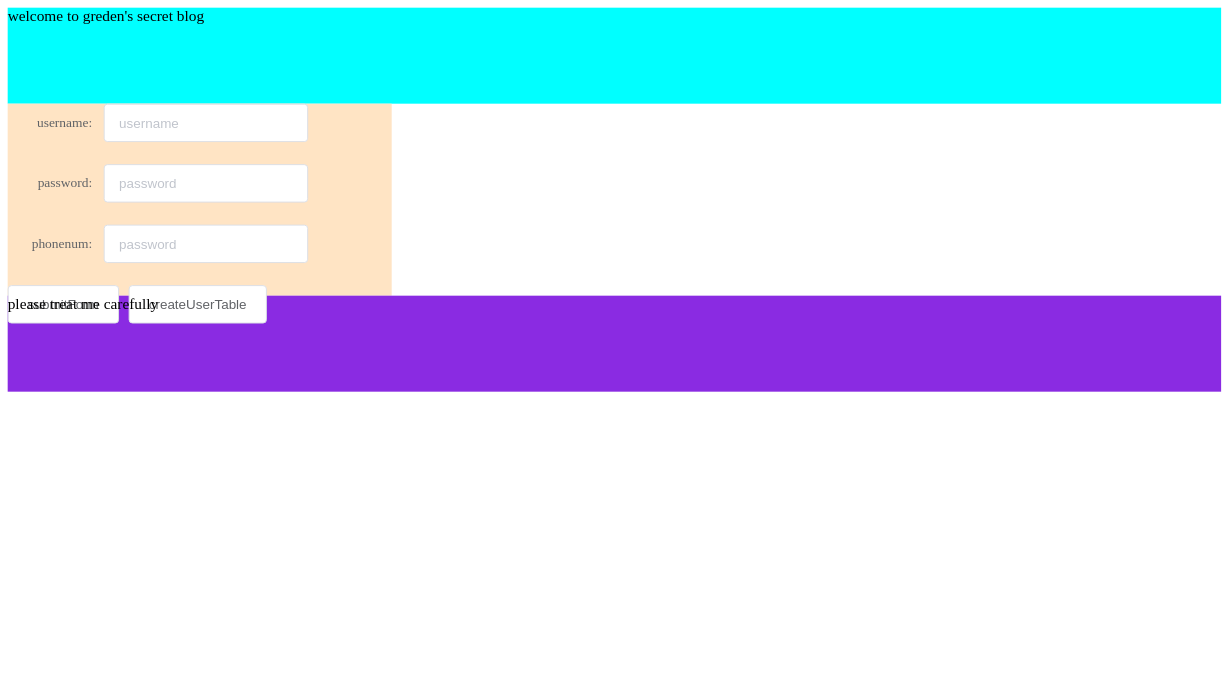
Repository: greden0814/myBlog
Page: /
An editor plug-in stored every save of this project. The page is shown before and after the next save, followed by the edit.
The browser window is 1280 px wide. The pictures show the whole page, at 96% of full size.
The project was rebuilt for these pictures with package versions that can differ from the ones it lists, and the page was loaded fresh each time.

Above is the page before, as saved 2021-07-15 09:44:22.

### index.html
<!DOCTYPE html>
<html>
  <head>
    <meta charset="utf-8">
    <meta name="viewport" content="width=device-width,initial-scale=1.0">
    <title>myblog</title>
  </head>
  <body>
    <div id="app"></div>
    <!-- built files will be auto injected -->
  </body>
</html>

### src/main.js
// The Vue build version to load with the `import` command
// (runtime-only or standalone) has been set in webpack.base.conf with an alias.
import Vue from 'vue'
import App from './App'
import router from './router'
import ElementUI from 'element-ui'
import axios from 'axios'
import 'element-ui/lib/theme-chalk/index.css'

Vue.use(ElementUI)
Vue.config.productionTip = false
Vue.prototype.$axios = axios

/* eslint-disable no-new */
new Vue({
  el: '#app',
  router,
  components: { App },
  template: '<App/>'
})

### src/App.vue
<template>
  <div id="app">
    <!-- <img src="./assets/logo.png"> -->
    <router-view/>
  </div>
</template>

<script>
export default {
  name: 'App'
}
</script>

<style></style>

### src/router/index.js
import Vue from 'vue'
import Router from 'vue-router'

Vue.use(Router)

export default new Router({
  routes: [
    {
      path: '/',
      name: 'login',
      component: () => import('@/views/login')
    }, {
      path: '/pages/indexPage',
      name: 'myblog',
      component: () => import('@/views/indexPage')
    }, {
      path: '/pages/myInfo',
      name: 'myInfo',
      component: () => import('@/views/myInfo')
    }
  ]
})

### src/views/login/index.vue
<template>
  <div class="loginPage">
    <div class="header">welcome to greden's secret blog</div>
    <div class="body">
      <div class="loginZone">
        <el-form ref="ruleForm" :model="ruleForm" label-width="100px" inline>
          <el-form-item label="username: ">
            <el-input v-model="ruleForm.username" placeholder="username" />
          </el-form-item>
          <el-form-item label="password: ">
            <el-input v-model="ruleForm.password" placeholder="password" />
          </el-form-item>
          <el-form-item label="phonenum: ">
            <el-input v-model="ruleForm.phonenum" placeholder="password" />
          </el-form-item>
          <el-button @click="submitForm">submitForm</el-button>
          <el-button @click="createUserTable">createUserTable</el-button>
        </el-form>
        {{ submit }}
      </div>
    </div>
    <div class="footer">please treat me carefully</div>
  </div>
</template>

<script>
export default {
  data() {
    return {
      ruleForm: {
        username: "",
        password: "",
        phonenum: "",
      },
      submit: "",
    };
  },
  created() {},
  methods: {
    submitForm() {
      this.submit = "already submit";
      this.$axios({
        method: "post",
        xhrFields: {
          withCredentials: true,
        },
        headers: {
          // "Content-Type" : 'application/x-www-form-urlencoded'
          "Content-Type": "application/json",
        },
        data: {
          username: this.ruleForm.username,
          password: this.ruleForm.password,
          phonenum: this.ruleForm.phonenum,
        },
        url: "http://localhost:3000/api/signin",
      }).then((res) => {
        console.log(res);
      });
    },
    createUserTable() {
      this.submit = "already submit";
      this.$axios({
        method: "get",
        xhrFields: {
          withCredentials: true,
        },
        headers: {
          // "Content-Type" : 'application/x-www-form-urlencoded'
          "Content-Type": "application/json",
        },
        // data: {
        //   username: this.ruleForm.username,
        //   password: this.ruleForm.password,
        //   phonenum: this.ruleForm.phonenum,
        // },
        url: "http://localhost:3000/api/createusertable",
      }).then((res) => {
        console.log(res);
      });
    },
  },
};
</script>

<style lang="less" scoped>
.loginPage {
  .header {
    height: 100px;
    background-color: aqua;
  }
  .body {
    .loginZone {
      height: 200px;
      width: 400px;
      background-color: bisque;
    }
  }
  .footer {
    height: 100px;
    background-color: blueviolet;
  }
}
</style>

After the next save:
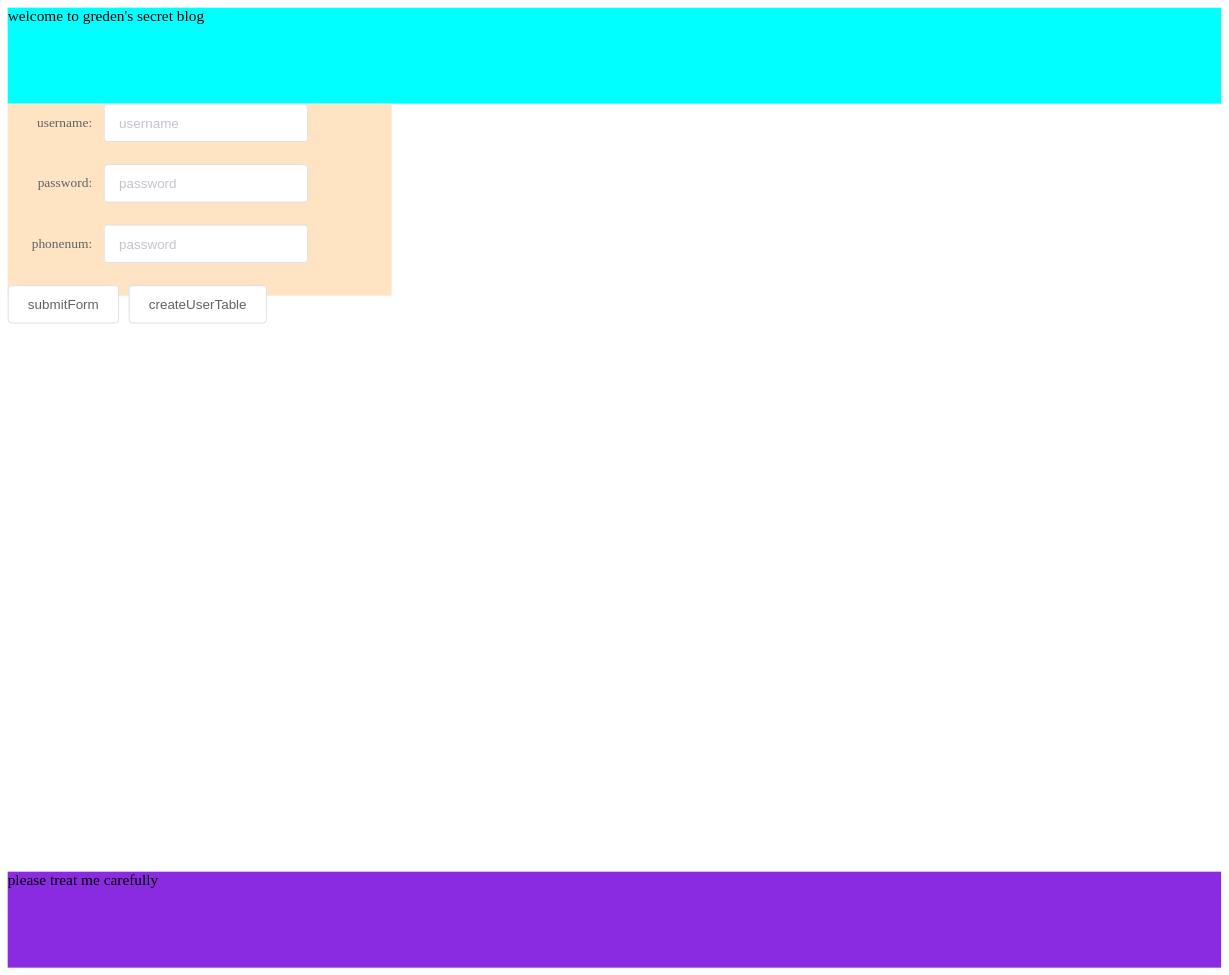
Saved 22 s later.
--- a/src/views/login/index.vue
+++ b/src/views/login/index.vue
@@ -90,6 +90,7 @@ export default {
     background-color: aqua;
   }
   .body {
+    height: 800px;
     .loginZone {
       height: 200px;
       width: 400px;
